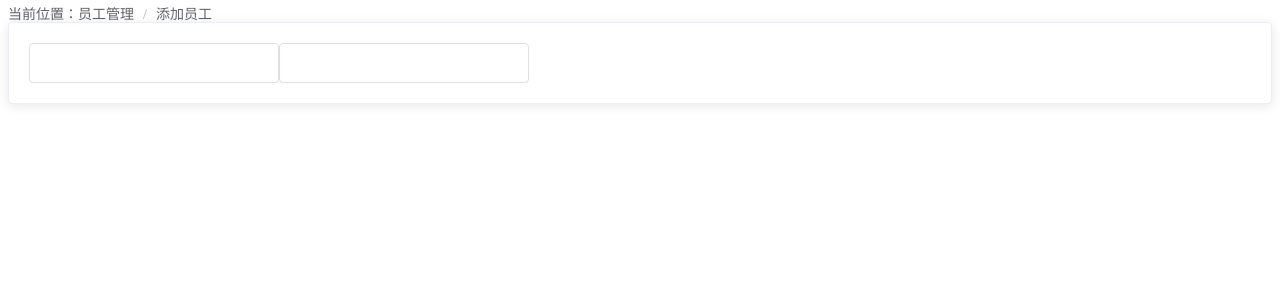
Repository: YUNjwyao/vue_hrm
Page: /#/addEmployee
An editor plug-in stored every save of this project. The page is shown before and after the next save, followed by the edit.
The browser window is 1280 px wide. The pictures show the whole page.
The project was rebuilt for these pictures with package versions that can differ from the ones it lists, and the page was loaded fresh each time. Also part of the build but not shown: src/components/Employee/EmployeeQuery.vue.

Above is the page before, as saved 2020-10-15 20:30:52.

After the next save:
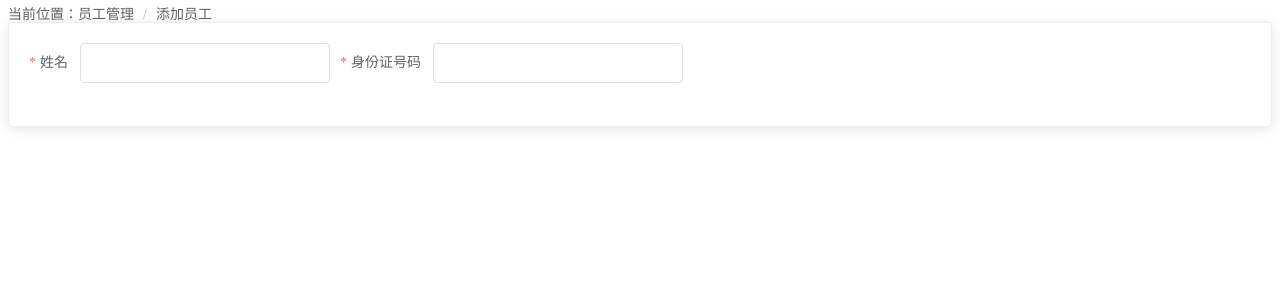
Saved 46 s later.
--- a/src/components/Employee/ShowAddEmployee.vue
+++ b/src/components/Employee/ShowAddEmployee.vue
@@ -7,22 +7,9 @@
     </el-breadcrumb>
     <!-- 表单 -->
     <el-card>
-      <el-form :model="addForm" :rules="addFormRules" ref="addFormRef">
+      <el-form :model="addForm" :rules="addFormRules" ref="addFormRef" :inline="true">
         <el-row>
 			<el-col :span="8">
-
-            <el-input v-model="addForm.name"></el-input>
-
-			</el-col>
-          <el-col :span="8">
-
-            <el-input v-model="addForm.IdNumber"></el-input>
-
-		  </el-col>
-
-        </el-row>
-
-<!-- <el-col :span="8">
 				<el-form-item label="姓名" prop="name">
             <el-input v-model="addForm.name"></el-input>
           </el-form-item>
@@ -31,7 +18,11 @@
 			  <el-form-item label="身份证号码" prop="IdNumber">
             <el-input v-model="addForm.IdNumber"></el-input>
            </el-form-item>
-		  </el-col> -->
+		  </el-col>
+
+        </el-row>
+
+
 
       </el-form>
     </el-card>
